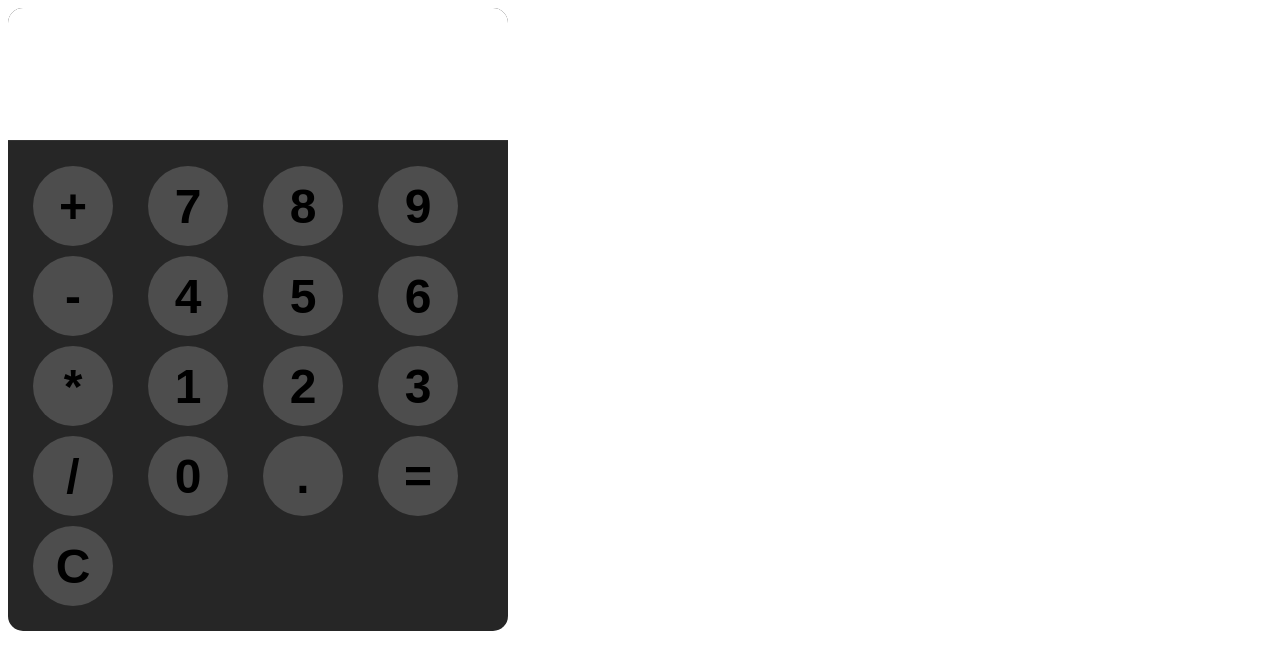
Repository: Haakim19/JavaScript
Page: Calculater/Main.html
The author's editor kept a copy of each file at every save. The page is drawn from the files as they stood at one save, then again after the next save.
The browser window is 1280 px wide. The pictures show the whole page.

Above is the page before, as saved 2024-10-22 21:47:37.

### Calculater/Main.html
<!DOCTYPE html>
<html lang="en">
<head>
    <meta charset="UTF-8">
    <meta name="viewport" content="width=device-width, initial-scale=1.0">
    <title>Calculator</title>
    <link rel="stylesheet" href="Main.css">
</head>
<body>
    <div class="calculator">
        <input id= "display" readonly>
        <div class="keys">
            <button onclick="appentToDisplay('+')">+</button>
            <button onclick="appentToDisplay('7')">7</button>
            <button onclick="appentToDisplay('8')">8</button>
            <button onclick="appentToDisplay('9')">9</button>
            <button onclick="appentToDisplay('-')">-</button>
            <button onclick="appentToDisplay('4')">4</button>
            <button onclick="appentToDisplay('5')">5</button>
            <button onclick="appentToDisplay('6')">6</button>
            <button onclick="appentToDisplay('*')">*</button>
            <button onclick="appentToDisplay('1')">1</button>
            <button onclick="appentToDisplay('2')">2</button>
            <button onclick="appentToDisplay('3')">3</button>
            <button onclick="appentToDisplay('/')">/</button>
            <button onclick="appentToDisplay('0')">0</button>
            <button onclick="appentToDisplay('.')">.</button>
            <button onclick="calculate()">=</button>
            <button onclick="clear">C</button>
        </div>
    </div>

</body>
</html>

### Calculater/Main.css
.calculator{
    font-family: monospace;
    background-color: hsl(0, 0%, 15%);
    border-radius: 15px;
    max-width: 500px;
    overflow: hidden;
}
#display{
    width: 100%;
    padding: 20px;
    font-size: 5rem;
    border: none;
    text-align: right;
    border-bottom: 1px solid hsl(0, 0%, 20%);
}
.keys{
    display: grid;
    grid-template-columns: repeat(4, 1fr);
    gap: 10px;
    padding: 25px;
}
button{
    width: 80px;
    height: 80px;
    border-radius: 50px;
    border: none;
    font-size: 3rem;
    background-color: hsl(0, 0%, 30%);
    font-weight: bold;
    cursor: pointer;
}

After the next save:
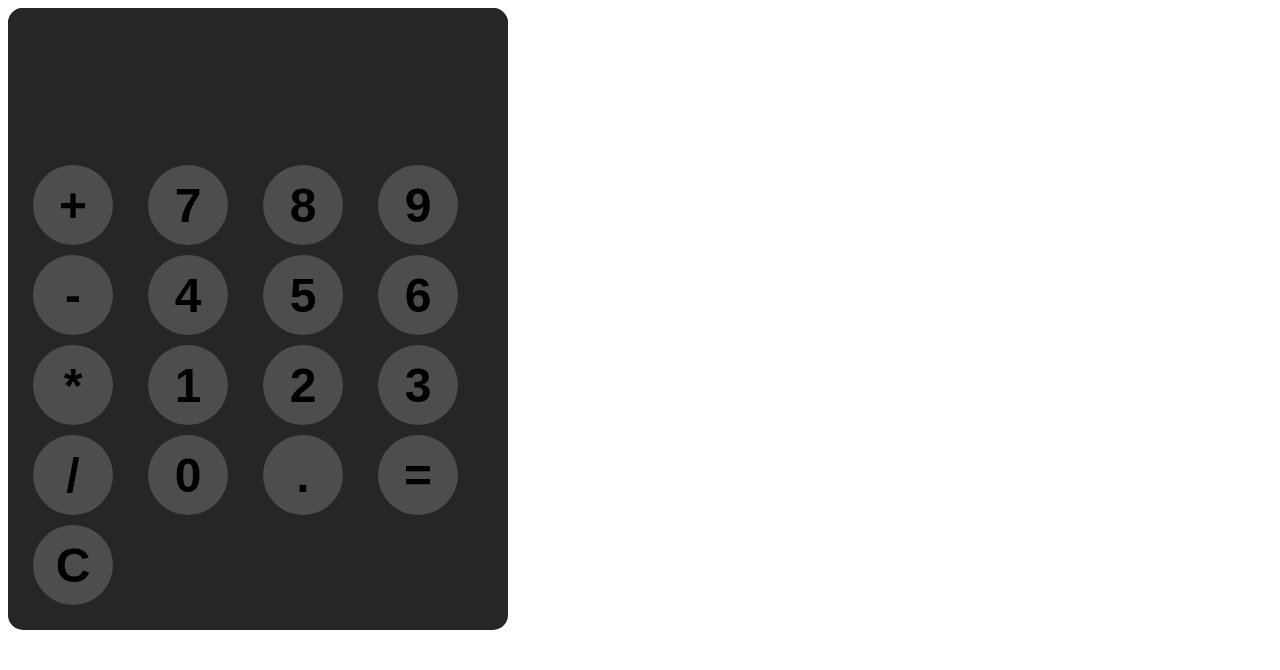
Saved 24 s later.
--- a/Calculater/Main.css
+++ b/Calculater/Main.css
@@ -11,7 +11,8 @@
     font-size: 5rem;
     border: none;
     text-align: right;
-    border-bottom: 1px solid hsl(0, 0%, 20%);
+    background-color: hsl(0, 0%, 15%);
+
 }
 .keys{
     display: grid;
